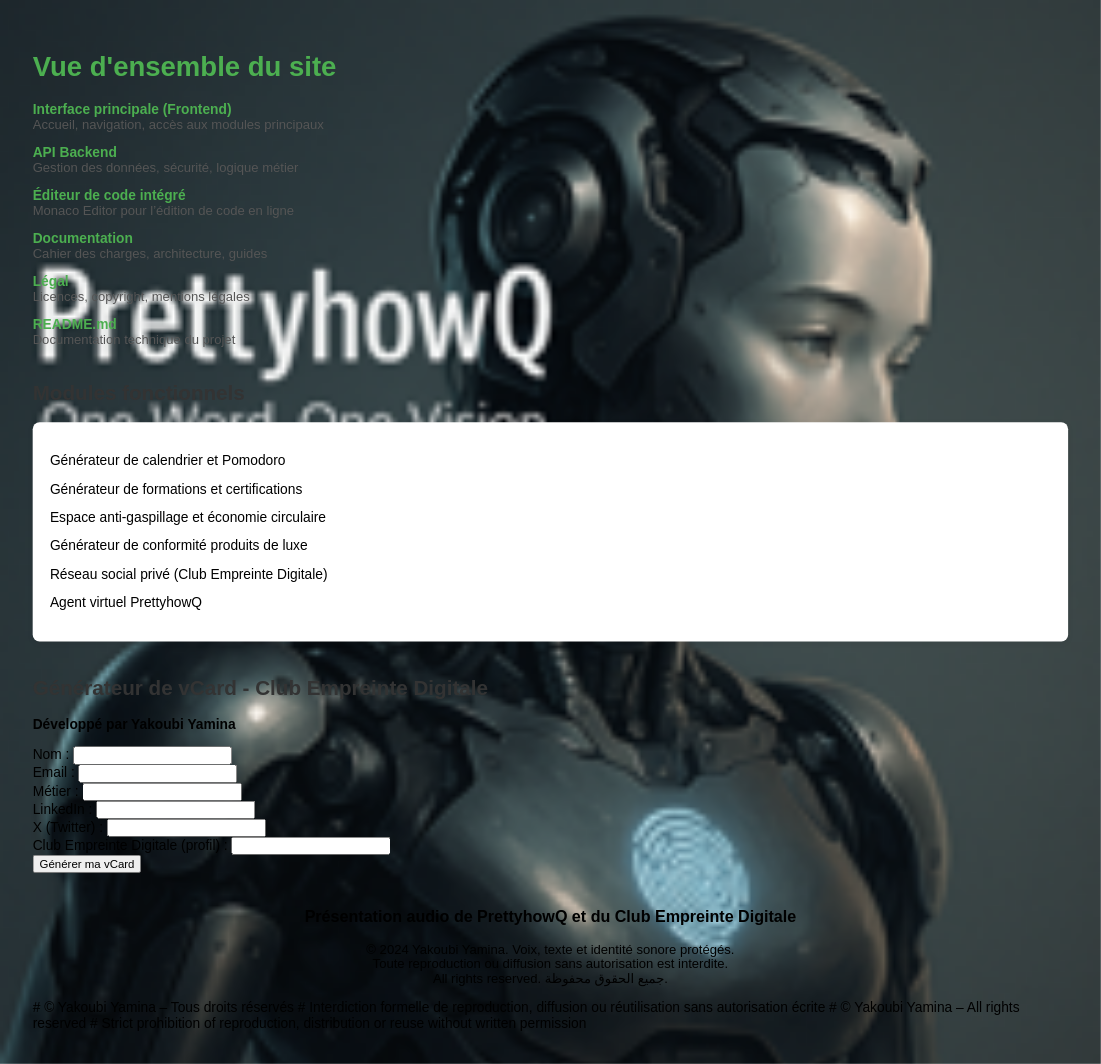
Repository: PrettyhowQ/yakoubi_yamina_CED
Page: <!DOCTYPE html>.html
The author's editor kept a copy of each file at every save. The page is drawn from the files as they stood at one save, then again after the next save.
The browser window is 1280 px wide. The pictures show the whole page, at 86% of full size.
Backgrounds fixed to the window are drawn as part of the page.

Above is the page before, as saved 2025-05-21 18:21:27.

After the next save:
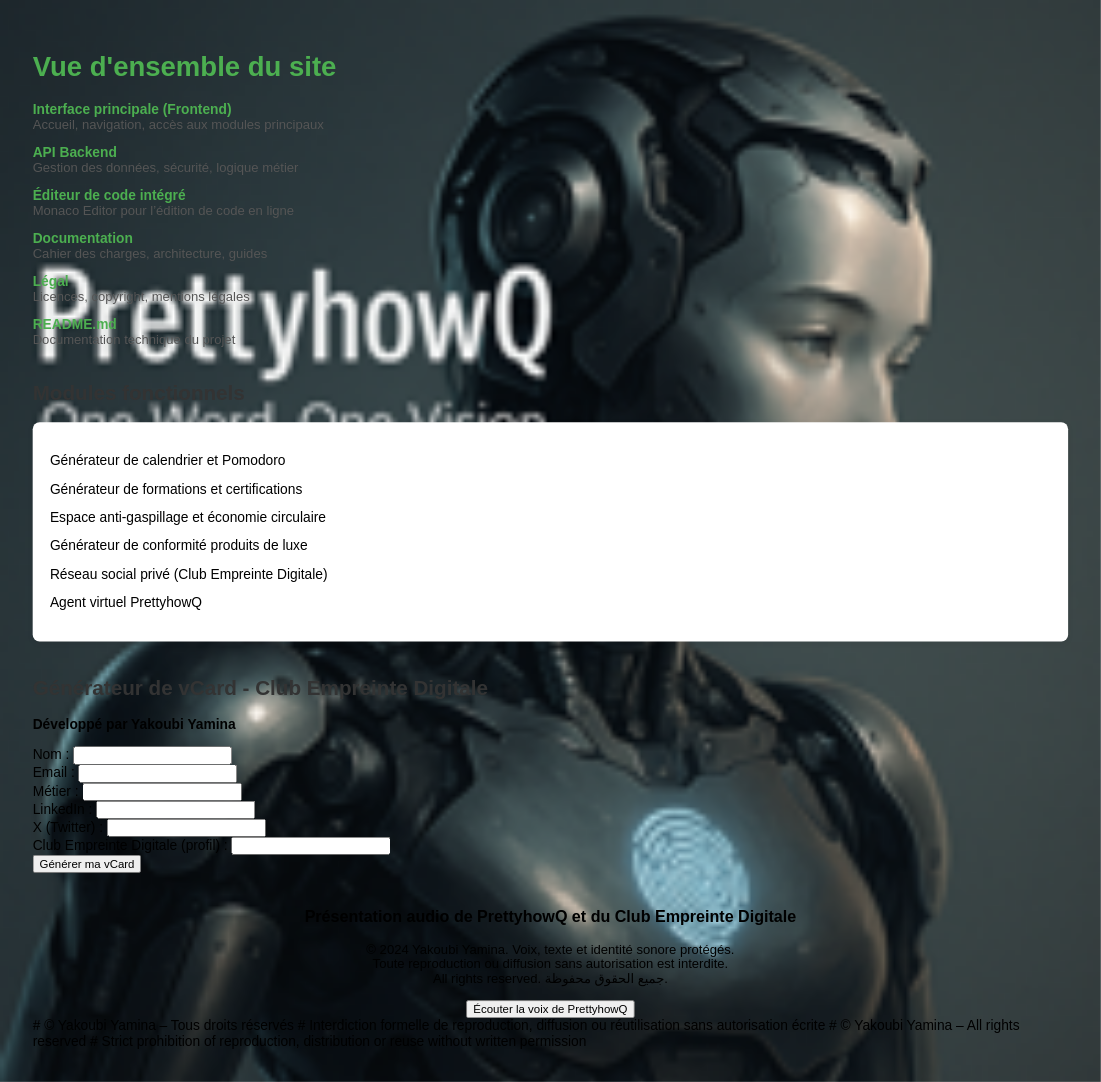
Saved 7 min 33 s later.
--- a/<!DOCTYPE html>.html
+++ b/<!DOCTYPE html>.html
@@ -77,6 +77,7 @@
       Toute reproduction ou diffusion sans autorisation est interdite.<br>
       All rights reserved. جميع الحقوق محفوظة.
     </p>
+    <button onclick="parler()">Écouter la voix de PrettyhowQ</button>
   </section>
 </body>
 </html>
